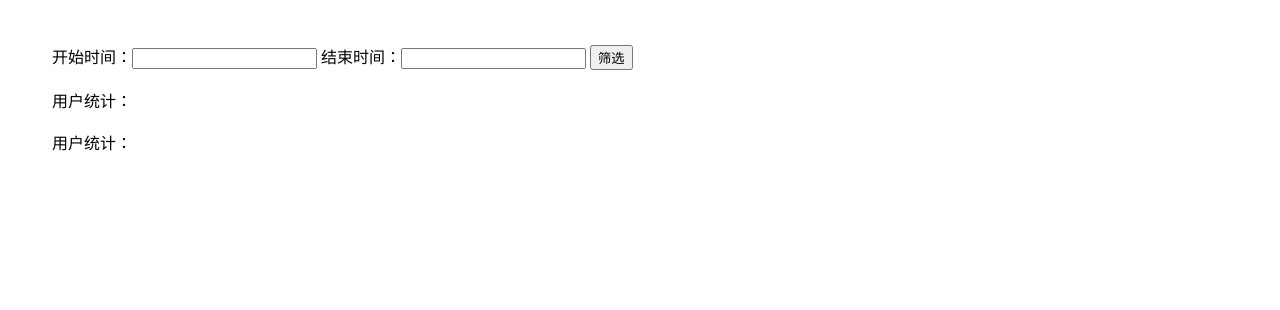
Repository: ruanhuabin/IntelliEyeShade
Page: http://localhost/IntelliEyeShade/statistics/statistics_filter.jsp
An editor plug-in stored every save of this project. The page is shown before and after the next save, followed by the edit.
The browser window is 1280 px wide. The pictures show the whole page.
The page is served by Tomcat 9. Nobody is signed in. The application's start-up code is not run. Other server files are loaded and not shown.

Above is the page before, as saved 2016-11-22 02:49:37.

### IntelliEyeShade/WebRoot/statistics/statistics_filter.jsp
<%@ page language="java" import="java.util.*" contentType="text/html; charset=utf-8" %>
<%@ taglib prefix="s" uri="/struts-tags"%>
<%
String path = request.getContextPath();
String basePath = request.getScheme()+"://"+request.getServerName()+":"+request.getServerPort()+path+"/";
%>
<!DOCTYPE html>
<html>
	<meta http-equiv="content-type" content="text/html;charset=UTF-8">
	<link rel="stylesheet" type="text/css" href="../css/default.css" />
<head>
<script type="text/javascript">
function check()
{
	//alert("check body");

	var startDate = document.filter.starttime.value;
	var endDate = document.filter.endtime.value;

	var t1 = new Date(startDate.replace(/\-/g, "\/"));
	var t2 = new Date(endDate.replace(/\-/g, "\/"));

	if(startDate == "" || endDate == "")
	{
		alert("请选择开始时间或者结束时间");
		return false;

	}

	 if(startDate!="" && endDate!="" && t1 >=t2)
	 {
		  alert("开始时间不能大于结束时间！");
		  return false;
	 }



	return false;
}


function getSelectFilter(sel)
{


	var typeSelect = sel.value;

	//alert(typeSelect);

	if(typeSelect == "deviceID")
	{

		//alert("You select: " + typeSelect);
		document.filter.starttime.style.display = "none";
	}

	if(typeSelect == "bindingStatus")
	{
		document.filter.starttime.style.display = "";
		document.filter.keyword.style.display="";
	}




	return false;
}
</script>

</head>



<body>


<script type="text/javascript" src="../js/Calendar3.js"></script>
<br>
<br>
<div style="width:40px; display:inline-block;">
</div>
<div style="width:600px; display:inline-block;">
<form name="filter" action="<%=path%>/statistics/Statistics_query.action" method="post">
开始时间：<input name="starttime" type="text" id="control_date" size="20"
      maxlength="10" onclick="new Calendar().show(this);" readonly="readonly" />

      <input name="keyword" size="20" type="text" style="display:none" value="abc"/>

结束时间：<input name="endtime" type="text" id="control_date" size="20"
      maxlength="10" onclick="new Calendar().show(this);" readonly="readonly" />

<input type="submit" value="筛选" onclick="return check()"/>
</form>
</div>

<br>
<br>
<div style="width:40px; display:inline-block;">
</div>

<div style="width:600px; display:inline-block;">
<label>用户统计：</label>
<br><br>

<label>用户统计：</label>
<br>

</div>




</body>
</html>

### IntelliEyeShade/WebRoot/css/default.css
/* 基本样式 */


/* 去掉图片、表单边框 */
img, form {
	margin:0;
	padding:0;
	border:0;
}

/* 超链接 */
a {
	text-decoration: none;
}
a:link, a:visited {
	color:#063685;
	text-decoration:none;
}
a:hover, a:active {
	color:#FF5500;
	text-decoration:underline;
}

/* 表格 */
table.default {
	border:1px solid #0283c5;
	border-collapse:collapse;
	margin-top:5px;
}
table.default td, table.default tr.style1 td {
	padding:2 5 2 5;
	height:26px;
	border:1px solid #ffffff;
}
table.default tr, table.default tr.style1{
	background-color:#f0f0f0;
}
table.default tr.style0{
	background-color:#dfdfdf;
}
table.default tr.title td, table.default tr.ltitle td {
	font-weight:bold;
	background:#0283c5;
	color:#ffffff;
	border:1px solid #ffffff;
	white-space:nowrap;
	height:26px;
	line-height:26px;
	vertical-align:middle;
}
table.default tr.ltitle td {
	text-align:left;
}
table.default tr.title td {
	text-align:center;
	line-height:26px;
	vertical-align:middle;
}
table.default tr.subtitle td ,table.default tr.lsubtitle td {
	font-weight:bold;
	background:#69f;
	color:#ffffff;
	border:1px solid #ffffff;
	white-space:nowrap;
	height:26px;
	line-height:26px;
	vertical-align:middle;
}
table.default tr.lsubtitle td {
	text-align:left;
}
table.default tr.subtitle td {
	text-align:center;
}

table.default tr.strong td {
	font-weight:bold;
	background:#DDD;
}

table.default tr.stronghl td {
	font-weight:bold;
	background:#FFCC99;
	text-align:center;
}

table.default tr.hl td {
	background:#ffffcc/*#FFFF99*/;
}

table.default td.item {
	font-weight:bold;
	color:#333333;
	text-align:right;
}

table.default td.text {
	line-height:150%;
}

table.default td.opt {
	background:#FFFF99;
	padding-right:10px;
}

table.explain {
	margin-top:5px;
	margin-bottom:5px;
}
table.explain td {
	font-family:宋体;
	font-size:12px;
	border:1px solid #333333;
	background:#f0f0f0;
	padding:8px;
	line-height:120%;
}

table.pages {
	border:0;
}
table.pages td {
	height:26px;
}

table.reswb {
	border:1px solid #0283c5;
	border-collapse:collapse;
	margin-top:10px;
}

table.reswb tr.title td {
	padding:2 5 2 5;
	font-weight:bold;
	background:#0283c5;
	color:#ffffff;
	border:1px solid #ffffff;
	white-space:nowrap;
	height:26px;
	line-height:26px;
	vertical-align:middle;
}

table.default tr.list{
	text-align: center;
	line-height:26px;
	vertical-align:middle;
}

/* 普通信息 */
div.info {
	padding:5px 5px 5px 2px;
	margin-top:10px;
}

/* 前台导航用 */
.tdnormal {
	border-bottom:1px solid white;
}

.tdselected {
	border:1px solid white;
	border-bottom:0;
	font-weight:bold;
}
.navtab td {
	height:30px;
	color:white;
	font-size:9pt;
	text-align:center;
}
a.navbar, a.navbar:visited, a.navbar:active {text-decoration: none;color:#FFF;}
a.navbar:hover {text-decoration: underline;color:#FFF;}


/* 错误信息 */
.errorBox {
	border:1px solid #ff0000;
	padding:5px;
	background:#FFCCCC;
}
.errorMessage {
	color:#cc0000;
}
ul {
	margin-left:30px;
	margin-top:0;
	margin-bottom:0;
}

/* 分页页码样式 */
.selectedPage {
	border:1px solid #999999;
	background:#ffffcc;
	color:#000000;
	padding:0 3px 2px 3px;
}
.noSelectedPage {
	padding:0 3px 0 3px;
}
a.page {
	font-size:12px;
	text-decoration: none;
}
a.page:link, a.page:visited {
	color:#0044DD;
	text-decoration:none;
}
a.page:hover, a.page:active {
	color:#FF5500;
	text-decoration:none;
}

/* 表单元素样式 */
.input_text {
	width:200px;
	margin-right:5px;
}
.notNull {
	color:red;
}
.notice {
	color:#20A8F0;
}

/* 后台任务链接样式 */
a.navlink {
	font-family:宋体;
	height:25px;
	font-weight:normal;
	letter-spacing:1px;
	padding:4 5 0 5;
	background:#e0e0e0;
	border:2px outset;
	FILTER: progid:DXImageTransform.Microsoft.Gradient(GradientType=0, StartColorStr=#ffffff, EndColorStr=#20A8F0);
}

a.navlink {text-decoration: none;color:#000000;}
a.navlink:visited {text-decoration: none;color:#000000;}
a.navlink:active {text-decoration: none;color:#0044DD;}
a.navlink:hover {text-decoration: none;color:#FF5500;}

/* 操作按钮 */
div.oper {
	margin:5px;
	text-align:right;
}

div.oper input {
	margin-left:5px;
	margin-right:5px;
}

/* 背景色 */
.fbg {
	background:#065FB9;
}
.bbg {
	background:#04477C;
}

/* tooltip */
/*
span.tip {
	cursor:default;
}
#tooltip {
	position: absolute;
	z-index: 3000;
	border: 1px solid #111;
	background-color: #eee;
	padding: 5px;
	opacity: 0.85;
}
#tooltip h3, #tooltip div {
	font-size:12px;
	margin: 0;
}
*/

/* 特殊高亮文本 */
span.spec {
	color:#003399;
}

/* 特殊灰色文本 */
span.gray {
	color:#666;
}

/* 黄色背景 */
.bg1 {
	background:#FFCC99;/*#FFFF99;*/
}

/* 绿色背景 */
.bg2 {
	background:#99CC99;
}

/* 文章样式 */

div.title {
	font-size:16px;
	font-weight:bold;
	background:#FFFF99;
	border-bottom:2px solid #000;
	padding:5px;
	margin-bottom:10px;
}

div.content {
	font-size:14px;
	line-height:150%;
}

div.faq-q {
	padding:5px;
	background:#DDD;
	font-weight:bold;
}

div.faq-a {
	padding:5px;
	line-height:150%;
	font-size:16px;
}

/* 问卷样式 */
.option {
	margin-right:10px;
}

.answer {
	background:#060;
	color:white;
	font-weight:bold;
	padding:2px;
}

table.stat {
	border-collapse:collapse;
}
table.stat td {
	border:0;
	padding-left:20px;
}
hr.percent {
	height:10px;
	color:#093;
	border:1px solid black;
}

td.indent {
	padding-left:10px;
}

#page_explain {
	display:none;
}

#navDiv {
	color:#333;
	padding-left:10px;
	line-height:30px;
	background:#CCFF99;
	border-bottom:1px solid #065FB9;
	height:30px;
	padding-top:6px;
}
/*--------分页样式-----------*/
.pager-top {
    overflow:hidden;
    padding:5px 10px 0;
    color:#333333;
    font-family:Tahoma,Verdana,sans-serif,simsun;
    font-size:12px;
    margin-top:10px;
    border-bottom:1px solid #D8DFEA;
}
.pager-top span {
    float:left;
    padding-bottom:6px;
}
.pagerpro {
    float:right;
    list-style-image:none;
    list-style-position:outside;
    list-style-type:none;
    margin:0;
    padding:0;
}
.pagerpro li {
    display:inline;
    float:left;
}
.pagerpro li a.chn {
    font-size:12px;
}
.pagerpro li a {
    display:block;
    font-size:11px;
    padding:3px 3px 2px;
    color:#005EAC;
    text-decoration:none;
}
.pagerpro li a.chn:hover {
    border-bottom:1px solid #005EAC;
}
.pagerpro li a:hover {
    background:#005EAC none repeat scroll 0 0;
    border-bottom:2px solid #005EAC;
    border-color:#D8DFEA #D8DFEA #005EAC;
    color:#FFFFFF;
    text-decoration:none;
}
.pagerpro li.current a, .pagerpro li.current a:hover {
    background:transparent none repeat scroll 0 0;
    border-bottom:2px solid #005EAC;
    border-color:#005EAC;
    color:#005EAC;
    font-weight:700;
    padding-left:2px;
    padding-right:2px;
}
.marquee_txt{
	font-size:12px;
	font-family:"微软雅黑";
	margin-top:5px;
	margin-left:auto;
    margin-right:auto;
    width:222px;
}

### IntelliEyeShade/WebRoot/js/Calendar3.js

/////////////////////////调用实例
//        <div>
//                <span>交易查询：</span> <span>从
//                    <input name="control_date" type="text" id="control_date" size="10"
//                        maxlength="10" onclick="new Calendar().show(this);" readonly="readonly" />
//                    <input type="button" name="button" id="button" value="button" onclick="new Calendar().show(this.form.control_date);" /></span>
//                <span>至
//                    <input name="control_date2" type="text" id="control_date2" size="10"
//                        maxlength="10" onclick="new Calendar().show(this);" readonly="readonly" />
//                    <input type="button" name="button" id="button1" value="button" onclick="new Calendar().show(this.form.control_date2);" /></span>

//        </div>


/**
 * Calendar
 * @param   beginYear           1990
 * @param   endYear             2010
 * @param   language            0(zh_cn)|1(en_us)|2(en_en)|3(zh_tw)
 * @param   patternDelimiter    "-"
 * @param   date2StringPattern  "yyyy-MM-dd"
 * @param   string2DatePattern  "ymd"
 * @version 1.0 build 2006-04-01
 * @version 1.1 build 2006-12-17
 * @author  KimSoft (jinqinghua [at] gmail.com)
 * NOTE!    you can use it free, but keep the copyright please
 * IMPORTANT:you must include this script file inner html body elment
 */
function Calendar(beginYear, endYear, language, patternDelimiter, date2StringPattern, string2DatePattern) {
	this.beginYear = beginYear || 1990;
	this.endYear   = endYear   || 2020;
	this.language  = language  || 0;
	this.patternDelimiter = patternDelimiter     || "-";
	this.date2StringPattern = date2StringPattern || Calendar.language["date2StringPattern"][this.language].replace(/\-/g, this.patternDelimiter);
	this.string2DatePattern = string2DatePattern || Calendar.language["string2DatePattern"][this.language];

	this.dateControl = null;
	this.panel  = this.getElementById("__calendarPanel");
	this.iframe = window.frames["__calendarIframe"];
	this.form   = null;

	this.date = new Date();
	this.year = this.date.getFullYear();
	this.month = this.date.getMonth();

	this.colors = {"bg_cur_day":"#00CC33","bg_over":"#EFEFEF","bg_out":"#FFCC00"}
};

Calendar.language = {
	"year"   : ["\u5e74", "", "", "\u5e74"],
	"months" : [
				["\u4e00\u6708","\u4e8c\u6708","\u4e09\u6708","\u56db\u6708","\u4e94\u6708","\u516d\u6708","\u4e03\u6708","\u516b\u6708","\u4e5d\u6708","\u5341\u6708","\u5341\u4e00\u6708","\u5341\u4e8c\u6708"],
				["JAN","FEB","MAR","APR","MAY","JUN","JUL","AUG","SEP","OCT","NOV","DEC"],
				["JAN","FEB","MAR","APR","MAY","JUN","JUL","AUG","SEP","OCT","NOV","DEC"],
				["\u4e00\u6708","\u4e8c\u6708","\u4e09\u6708","\u56db\u6708","\u4e94\u6708","\u516d\u6708","\u4e03\u6708","\u516b\u6708","\u4e5d\u6708","\u5341\u6708","\u5341\u4e00\u6708","\u5341\u4e8c\u6708"]
				],
	"weeks"  : [["\u65e5","\u4e00","\u4e8c","\u4e09","\u56db","\u4e94","\u516d"],
				["Sun","Mon","Tur","Wed","Thu","Fri","Sat"],
				["Sun","Mon","Tur","Wed","Thu","Fri","Sat"],
				["\u65e5","\u4e00","\u4e8c","\u4e09","\u56db","\u4e94","\u516d"]
		],
	"clear"  : ["\u6e05\u7a7a", "Clear", "Clear", "\u6e05\u7a7a"],
	"today"  : ["\u4eca\u5929", "Today", "Today", "\u4eca\u5929"],
	"close"  : ["\u5173\u95ed", "Close", "Close", "\u95dc\u9589"],
	"date2StringPattern" : ["yyyy-MM-dd", "yyyy-MM-dd", "yyyy-MM-dd", "yyyy-MM-dd"],
	"string2DatePattern" : ["ymd","ymd", "ymd", "ymd"]
};

Calendar.prototype.draw = function() {
	calendar = this;

	var _cs = [];
	_cs[_cs.length] = '<form id="__calendarForm" name="__calendarForm" method="post">';
	_cs[_cs.length] = '<table id="__calendarTable" width="100%" border="0" cellpadding="3" cellspacing="1" align="center">';
	_cs[_cs.length] = ' <tr>';
	_cs[_cs.length] = '  <th><input class="l" name="goPrevMonthButton" type="button" id="goPrevMonthButton" value="&lt;" \/><\/th>';
	_cs[_cs.length] = '  <th colspan="5"><select class="year" name="yearSelect" id="yearSelect"><\/select><select class="month" name="monthSelect" id="monthSelect"><\/select><\/th>';
	_cs[_cs.length] = '  <th><input class="r" name="goNextMonthButton" type="button" id="goNextMonthButton" value="&gt;" \/><\/th>';
	_cs[_cs.length] = ' <\/tr>';
	_cs[_cs.length] = ' <tr>';
	for(var i = 0; i < 7; i++) {
		_cs[_cs.length] = '<th class="theader">';
		_cs[_cs.length] = Calendar.language["weeks"][this.language][i];
		_cs[_cs.length] = '<\/th>';
	}
	_cs[_cs.length] = '<\/tr>';
	for(var i = 0; i < 6; i++){
		_cs[_cs.length] = '<tr align="center">';
		for(var j = 0; j < 7; j++) {
			switch (j) {
				case 0: _cs[_cs.length] = '<td class="sun">&nbsp;<\/td>'; break;
				case 6: _cs[_cs.length] = '<td class="sat">&nbsp;<\/td>'; break;
				default:_cs[_cs.length] = '<td class="normal">&nbsp;<\/td>'; break;
			}
		}
		_cs[_cs.length] = '<\/tr>';
	}
	_cs[_cs.length] = ' <tr>';
	_cs[_cs.length] = '  <th colspan="2"><input type="button" class="b" name="clearButton" id="clearButton" \/><\/th>';
	_cs[_cs.length] = '  <th colspan="3"><input type="button" class="b" name="selectTodayButton" id="selectTodayButton" \/><\/th>';
	_cs[_cs.length] = '  <th colspan="2"><input type="button" class="b" name="closeButton" id="closeButton" \/><\/th>';
	_cs[_cs.length] = ' <\/tr>';
	_cs[_cs.length] = '<\/table>';
	_cs[_cs.length] = '<\/form>';

	this.iframe.document.body.innerHTML = _cs.join("");
	this.form = this.iframe.document.forms["__calendarForm"];

	this.form.clearButton.value = Calendar.language["clear"][this.language];
	this.form.selectTodayButton.value = Calendar.language["today"][this.language];
	this.form.closeButton.value = Calendar.language["close"][this.language];

	this.form.goPrevMonthButton.onclick = function () {calendar.goPrevMonth(this);}
	this.form.goNextMonthButton.onclick = function () {calendar.goNextMonth(this);}
	this.form.yearSelect.onchange = function () {calendar.update(this);}
	this.form.monthSelect.onchange = function () {calendar.update(this);}

	this.form.clearButton.onclick = function () {calendar.dateControl.value = "";calendar.hide();}
	this.form.closeButton.onclick = function () {calendar.hide();}
	this.form.selectTodayButton.onclick = function () {
		var today = new Date();
		calendar.date = today;
		calendar.year = today.getFullYear();
		calendar.month = today.getMonth();
		calendar.dateControl.value = today.format(calendar.date2StringPattern);
		calendar.hide();
	}
};

Calendar.prototype.bindYear = function() {
	var ys = this.form.yearSelect;
	ys.length = 0;
	for (var i = this.beginYear; i <= this.endYear; i++){
		ys.options[ys.length] = new Option(i + Calendar.language["year"][this.language], i);
	}
};

Calendar.prototype.bindMonth = function() {
	var ms = this.form.monthSelect;
	ms.length = 0;
	for (var i = 0; i < 12; i++){
		ms.options[ms.length] = new Option(Calendar.language["months"][this.language][i], i);
	}
};

Calendar.prototype.goPrevMonth = function(e){
	if (this.year == this.beginYear && this.month == 0){return;}
	this.month--;
	if (this.month == -1) {
		this.year--;
		this.month = 11;
	}
	this.date = new Date(this.year, this.month, 1);
	this.changeSelect();
	this.bindData();
};

Calendar.prototype.goNextMonth = function(e){
	if (this.year == this.endYear && this.month == 11){return;}
	this.month++;
	if (this.month == 12) {
		this.year++;
		this.month = 0;
	}
	this.date = new Date(this.year, this.month, 1);
	this.changeSelect();
	this.bindData();
};

Calendar.prototype.changeSelect = function() {
	var ys = this.form.yearSelect;
	var ms = this.form.monthSelect;
	for (var i= 0; i < ys.length; i++){
		if (ys.options[i].value == this.date.getFullYear()){
			ys[i].selected = true;
			break;
		}
	}
	for (var i= 0; i < ms.length; i++){
		if (ms.options[i].value == this.date.getMonth()){
			ms[i].selected = true;
			break;
		}
	}
};

Calendar.prototype.update = function (e){
	this.year  = e.form.yearSelect.options[e.form.yearSelect.selectedIndex].value;
	this.month = e.form.monthSelect.options[e.form.monthSelect.selectedIndex].value;
	this.date = new Date(this.year, this.month, 1);
	this.changeSelect();
	this.bindData();
};

Calendar.prototype.bindData = function () {
	var calendar = this;
	var dateArray = this.getMonthViewDateArray(this.date.getFullYear(), this.date.getMonth());
	var tds = this.getElementsByTagName("td", this.getElementById("__calendarTable", this.iframe.document));
	for(var i = 0; i < tds.length; i++) {
  		tds[i].style.backgroundColor = calendar.colors["bg_over"];
		tds[i].onclick = null;
		tds[i].onmouseover = null;
		tds[i].onmouseout = null;
		tds[i].innerHTML = dateArray[i] || "&nbsp;";
		if (i > dateArray.length - 1) continue;
		if (dateArray[i]){
			tds[i].onclick = function () {
				if (calendar.dateControl){
					calendar.dateControl.value = new Date(calendar.date.getFullYear(),
														calendar.date.getMonth(),
														this.innerHTML).format(calendar.date2StringPattern);
				}
				calendar.hide();
			}
			tds[i].onmouseover = function () {this.style.backgroundColor = calendar.colors["bg_out"];}
			tds[i].onmouseout  = function () {this.style.backgroundColor = calendar.colors["bg_over"];}
			var today = new Date();
			if (today.getFullYear() == calendar.date.getFullYear()) {
				if (today.getMonth() == calendar.date.getMonth()) {
					if (today.getDate() == dateArray[i]) {
						tds[i].style.backgroundColor = calendar.colors["bg_cur_day"];
						tds[i].onmouseover = function () {this.style.backgroundColor = calendar.colors["bg_out"];}
						tds[i].onmouseout  = function () {this.style.backgroundColor = calendar.colors["bg_cur_day"];}
					}
				}
			}
		}//end if
	}//end for
};

Calendar.prototype.getMonthViewDateArray = function (y, m) {
	var dateArray = new Array(42);
	var dayOfFirstDate = new Date(y, m, 1).getDay();
	var dateCountOfMonth = new Date(y, m + 1, 0).getDate();
	for (var i = 0; i < dateCountOfMonth; i++) {
		dateArray[i + dayOfFirstDate] = i + 1;
	}
	return dateArray;
};

Calendar.prototype.show = function (dateControl, popuControl) {
	if (this.panel.style.visibility == "visible") {
		this.panel.style.visibility = "hidden";
	}
	if (!dateControl){
		throw new Error("arguments[0] is necessary!")
	}
	this.dateControl = dateControl;
	popuControl = popuControl || dateControl;

	this.draw();
	this.bindYear();
	this.bindMonth();
	if (dateControl.value.length > 0){
		this.date  = new Date(dateControl.value.toDate(this.patternDelimiter, this.string2DatePattern));
		this.year  = this.date.getFullYear();
		this.month = this.date.getMonth();
	}
	this.changeSelect();
	this.bindData();

	var xy = this.getAbsPoint(popuControl);
	this.panel.style.left = xy.x + "px";
	this.panel.style.top = (xy.y + dateControl.offsetHeight) + "px";
	this.panel.style.visibility = "visible";
};

Calendar.prototype.hide = function() {
	this.panel.style.visibility = "hidden";
};

Calendar.prototype.getElementById = function(id, object){
	object = object || document;
	return document.getElementById ? object.getElementById(id) : document.all(id);
};

Calendar.prototype.getElementsByTagName = function(tagName, object){
	object = object || document;
	return document.getElementsByTagName ? object.getElementsByTagName(tagName) : document.all.tags(tagName);
};

Calendar.prototype.getAbsPoint = function (e){
	var x = e.offsetLeft;
	var y = e.offsetTop;
	while(e = e.offsetParent){
		x += e.offsetLeft;
		y += e.offsetTop;
	}
	return {"x": x, "y": y};
};

/**
 * @param   d the delimiter
 * @param   p the pattern of your date
 * @author  meizz
 * @author  kimsoft add w+ pattern
 */
Date.prototype.format = function(style) {
	var o = {
		"M+" : this.getMonth() + 1, //month
		"d+" : this.getDate(),      //day
		"h+" : this.getHours(),     //hour
		"m+" : this.getMinutes(),   //minute
		"s+" : this.getSeconds(),   //second
		"w+" : "\u65e5\u4e00\u4e8c\u4e09\u56db\u4e94\u516d".charAt(this.getDay()),   //week
		"q+" : Math.floor((this.getMonth() + 3) / 3),  //quarter
		"S"  : this.getMilliseconds() //millisecond
	}
	if (/(y+)/.test(style)) {
		style = style.replace(RegExp.$1, (this.getFullYear() + "").substr(4 - RegExp.$1.length));
	}
	for(var k in o){
		if (new RegExp("("+ k +")").test(style)){
			style = style.replace(RegExp.$1, RegExp.$1.length == 1 ? o[k] : ("00" + o[k]).substr(("" + o[k]).length));
		}
	}
	return style;
};

/**
 * @param d the delimiter
 * @param p the pattern of your date
 * @rebuilder kimsoft
 * @version build 2006.12.15
 */
String.prototype.toDate = function(delimiter, pattern) {
	delimiter = delimiter || "-";
	pattern = pattern || "ymd";
	var a = this.split(delimiter);
	var y = parseInt(a[pattern.indexOf("y")], 10);
	//remember to change this next century ;)
	if(y.toString().length <= 2) y += 2000;
	if(isNaN(y)) y = new Date().getFullYear();
	var m = parseInt(a[pattern.indexOf("m")], 10) - 1;
	var d = parseInt(a[pattern.indexOf("d")], 10);
	if(isNaN(d)) d = 1;
	return new Date(y, m, d);
};

document.writeln('<div id="__calendarPanel" style="position:absolute;visibility:hidden;z-index:9999;background-color:#FFFFFF;border:1px solid #666666;width:200px;height:216px;">');
document.writeln('<iframe name="__calendarIframe" id="__calendarIframe" width="100%" height="100%" scrolling="no" frameborder="0" style="margin:0px;"><\/iframe>');
var __ci = window.frames['__calendarIframe'];
__ci.document.writeln('<!DOCTYPE html PUBLIC "-\/\/W3C\/\/DTD XHTML 1.0 Transitional\/\/EN" "http:\/\/www.w3.org\/TR\/xhtml1\/DTD\/xhtml1-transitional.dtd">');
__ci.document.writeln('<html xmlns="http:\/\/www.w3.org\/1999\/xhtml">');
__ci.document.writeln('<head>');
__ci.document.writeln('<meta http-equiv="Content-Type" content="text\/html; charset=utf-8" \/>');
__ci.document.writeln('<title>Web Calendar(UTF-8) Written By KimSoft<\/title>');
__ci.document.writeln('<style type="text\/css">');
__ci.document.writeln('<!--');
__ci.document.writeln('body {font-size:12px;margin:0px;text-align:center;}');
__ci.document.writeln('form {margin:0px;}');
__ci.document.writeln('select {font-size:12px;background-color:#EFEFEF;}');
__ci.document.writeln('table {border:0px solid #CCCCCC;background-color:#FFFFFF}');
__ci.document.writeln('th {font-size:12px;font-weight:normal;background-color:#FFFFFF;}');
__ci.document.writeln('th.theader {font-weight:normal;background-color:#666666;color:#FFFFFF;width:24px;}');
__ci.document.writeln('select.year {width:64px;}');
__ci.document.writeln('select.month {width:60px;}');
__ci.document.writeln('td {font-size:12px;text-align:center;}');
__ci.document.writeln('td.sat {color:#0000FF;background-color:#EFEFEF;}');
__ci.document.writeln('td.sun {color:#FF0000;background-color:#EFEFEF;}');
__ci.document.writeln('td.normal {background-color:#EFEFEF;}');
__ci.document.writeln('input.l {border: 1px solid #CCCCCC;background-color:#EFEFEF;width:20px;height:20px;}');
__ci.document.writeln('input.r {border: 1px solid #CCCCCC;background-color:#EFEFEF;width:20px;height:20px;}');
__ci.document.writeln('input.b {border: 1px solid #CCCCCC;background-color:#EFEFEF;width:100%;height:20px;}');
__ci.document.writeln('-->');
__ci.document.writeln('<\/style>');
__ci.document.writeln('<\/head>');
__ci.document.writeln('<body>');
__ci.document.writeln('<\/body>');
__ci.document.writeln('<\/html>');
__ci.document.close();
document.writeln('<\/div>');
var calendar = new Calendar();
//-->

After the next save:
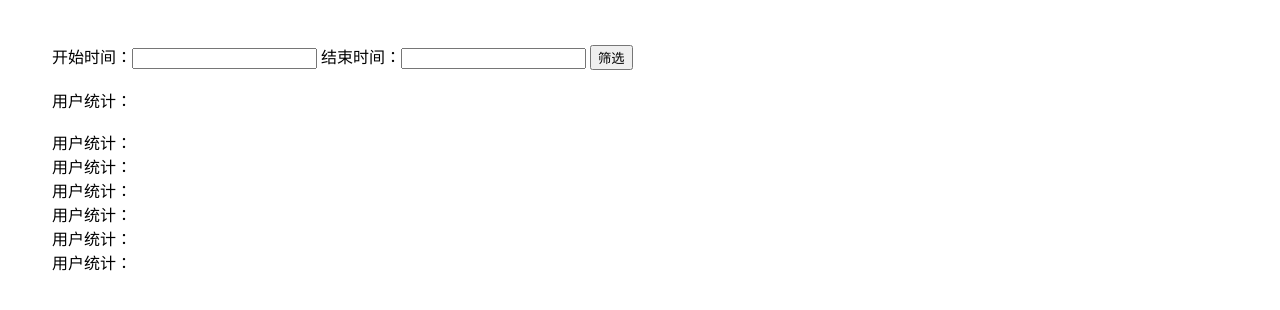
Saved 9 s later.
--- a/IntelliEyeShade/WebRoot/statistics/statistics_filter.jsp
+++ b/IntelliEyeShade/WebRoot/statistics/statistics_filter.jsp
@@ -104,7 +104,16 @@ function getSelectFilter(sel)
 
 <label>用户统计：</label>
 <br>
-
+<label>用户统计：</label>
+<br>
+<label>用户统计：</label>
+<br>
+<label>用户统计：</label>
+<br>
+<label>用户统计：</label>
+<br>
+<label>用户统计：</label>
+<br>
 </div>
 
 
